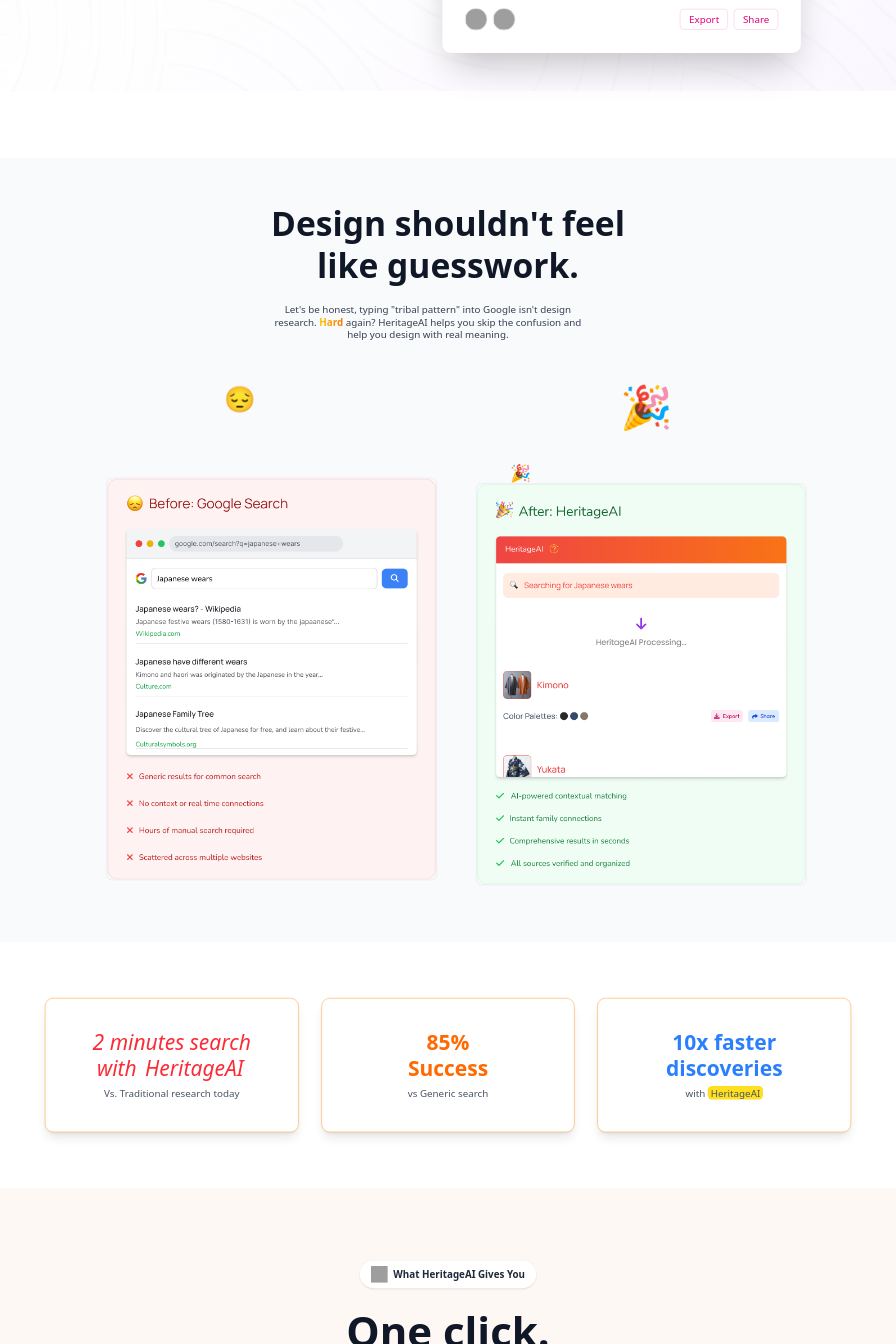
Repository: Em-driod/Heritage
Page: /
The author's editor kept a copy of each file at every save. The page is drawn from the files as they stood at one save, then again after the next save.
The browser window is 1280 px wide. The pictures show the part of the page from y = 762 to 2682 px (the page is 5766 px tall), at 70% of full size.
Pictures or frames that could not be fetched are drawn as grey boxes. The project was rebuilt for these pictures with package versions that can differ from the ones it lists, and the page was loaded fresh each time. Also part of the build but not shown: vite.config.ts.

Above is the page before, as saved 2025-07-09 11:59:34.

### src/App.tsx
// src/App.tsx
import React from 'react';
import { BrowserRouter as Router, Route, Routes } from 'react-router-dom';
import Home from './pages/House';
import Navbar from './components/Navbar';



const App: React.FC = () => {
  return (
    <Router>
      <div>
       <Navbar />

        <Routes>
          <Route path="/" element={<Home />} />


        </Routes>
      </div>
    </Router>
  );
};

export default App;

### src/pages/House.tsx
import Hero from "../components/Hero"
import Landsecont from "../components/landsecont"
import Landthird from "../components/landthird"
import Landfourth from "../components/landfourth"
import Landfifth from "../components/landfifth"

const Home = () => {
  return (
    <div>
      <Hero />
      <Landsecont />
      <Landthird />
     <Landfourth />
     <Landfifth />
    </div>
  )
}

export default Home

### src/components/Navbar.tsx


const Navbar = () => {
  return (
    <div className="flex items-center justify-between py-4 px-28 border-b border-gray-200">
      <div className="flex items-center space-x-4">
        {/* Using standard <img> tag */}
        <div className="relative w-24 h-8"> {/* You might need to adjust these dimensions or add more specific CSS for proper sizing */}
          <img
            src="/HeritageAI_logo.png" // Path to your image in the public folder
            alt="HeritageAI Logo"
            className="w-full h-full object-contain" // Tailwind classes for object-fit and full width/height
          />
        </div>

      </div>
       <nav className="hidden md:flex space-x-6">
          {/* Using standard <a> tags */}
          <a href="/culture" className="text-gray-700 hover:text-gray-900">Culture</a>
          <a href="/gallery" className="text-gray-700 hover:text-gray-900">Gallery</a>
          <a href="/about" className="text-gray-700 hover:text-gray-900">About</a>
        </nav>
      <div className="relative flex items-center">
        <input
          type="text"
          placeholder="Yoruba culture"
          className="pl-10 pr-4 py-2 border border-gray-300 rounded-md focus:outline-none focus:ring-2 focus:ring-blue-500 focus:border-transparent"
        />
        <svg
          className="absolute left-3 top-1/2 transform -translate-y-1/2 w-5 h-5 text-gray-400"
          fill="none"
          stroke="currentColor"
          viewBox="0 0 24 24"
          xmlns="http://www.w3.org/2000/svg"
        >
          <path
            strokeLinecap="round"
            strokeLinejoin="round"
            strokeWidth="2"
            d="M21 21l-6-6m2-5a7 7 0 11-14 0 7 7 0 0114 0z"
          ></path>
        </svg>
      </div>
    </div>
  );
};

export default Navbar;

### src/components/Hero.tsx
// ...imports and interface (unchanged)
import React, { useState, useEffect } from 'react';

interface Asset {
  src: string;
  label: string;
}

const Hero: React.FC = () => {
  const [selectedCulture, setSelectedCulture] = useState<string>('Yoruba');
  const [isLoading, setIsLoading] = useState<boolean>(false);
  const [generatedAssets, setGeneratedAssets] = useState<Asset[]>([]);
  const [showAmalaSpecificLoading, setShowAmalaSpecificLoading] = useState<boolean>(false);

  const fetchGeneratedAssets = (cultureParam: string) => {
    setIsLoading(true);
    setShowAmalaSpecificLoading(false);

    setTimeout(() => {
      let assetsData: Asset[] = [];
      if (cultureParam === 'Yoruba') {
        assetsData = [
          { src: "/obatala.png", label: "Obatala" },
          { src: "/amala.png", label: "Amala" },
          { src: "/osun.png", label: "Oshun" },
        ];
      } else if (cultureParam === 'Igbo') {
        assetsData = [
          { src: "/path-to-igbo-asset1.jpg", label: "Odinani" },
          { src: "/path-to-igbo-asset2.jpg", label: "Agbogho Mmuo" },
          { src: "/path-to-igbo-asset3.jpg", label: "Igbo Ukwu" },
        ];
      } else if (cultureParam === 'Japanese') {
        assetsData = [
          { src: "/path-to-japanese-asset1.jpg", label: "Geisha" },
          { src: "/path-to-japanese-asset2.jpg", label: "Samurai" },
          { src: "/path-to-japanese-asset3.jpg", label: "Sakura" },
        ];
      }
      setGeneratedAssets(assetsData);
      setIsLoading(false);

      if (cultureParam === 'Yoruba') {
        setShowAmalaSpecificLoading(true);
        setTimeout(() => setShowAmalaSpecificLoading(false), 5000);
      }
    }, 1500);
  };

  useEffect(() => {
    fetchGeneratedAssets(selectedCulture);
  }, [selectedCulture]);

  const handleCultureSelect = (cultureName: string) => {
    setSelectedCulture(cultureName);
  };

  const SkeletonLoader: React.FC = () => (
    <div className="space-y-4">
      {[1, 2, 3].map((_, index) => (
        <div key={index} className="flex items-center justify-between animate-pulse">
          <div className="flex items-center space-x-3">
            <div className="w-12 h-12 rounded-lg bg-gray-200"></div>
            <div className="h-4 bg-gray-200 rounded w-24"></div>
          </div>
          <div className="flex space-x-2">
            <div className="h-8 bg-gray-200 rounded w-16"></div>
            <div className="h-8 bg-gray-200 rounded w-16"></div>
          </div>
        </div>
      ))}
    </div>
  );

  const AmalaSpecificLoader: React.FC = () => (
    <div className="flex flex-col justify-center bg-gray-50 p-4 rounded-lg border border-gray-200 text-sm text-gray-800 space-y-4">
      <p><span className="font-semibold text-red-500">Symbol:</span> Symbolic of earthiness, heritage, and resilience.</p>
      <p><span className="font-semibold text-red-500">Color:</span> Dark Brown/Charcoal</p>
      <p><span className="font-semibold text-red-500">Made From:</span> Elubo (yam flour), sometimes cassava flour or plantain.</p>
      <p><span className="font-semibold text-red-500">Regions Known For It:</span> Deeply rooted in Oyo, Osun, Ibadan.</p>
      <p><span className="font-semibold text-red-500">Enjoyed With:</span> Ewedu, gbegiri, and obe ata.</p>
      <p className="italic text-gray-600">Sometimes called the “Yoruba national combo.”</p>
    </div>
  );

  return (
    <div className="py-4 sm:py-8 md:py-12 lg:py-24">
      <div
        className="relative flex justify-center items-center min-h-screen text-center "
        style={{
          backgroundImage: "url('/cfd.png')",
          backgroundSize: "cover",
          backgroundPosition: "center",
          backgroundRepeat: "no-repeat",
        }}
      >
        <div className="absolute inset-0 bg-gradient-to-br from-gray-50 via-white to-purple-50 opacity-80 z-0" />

        <div className="relative z-10 container mx-auto flex flex-col lg:flex-row items-center lg:items-start justify-center gap-8 lg:gap-12 max-w-7xl">
          {/* Left Section */}
          <div className="flex flex-col items-center mt-6 lg:items-start text-center lg:text-left max-w-full lg:max-w-xl px-4 sm:px-0">
            <h1 className="text-4xl md:text-4xl lg:text-5xl font-medium leading-tight text-gray-900 mb-8">
              Ancient Stories.<br />Modern Design.
            </h1>
            <p className="text-4xl md:text-4xl lg:text-5xl font-serif italic text-gray-900 mb-8">Instantly.</p>
            <p className="text-base sm:text-lg text-gray-700 mb-10 max-w-md">
              Bring ancient patterns, bold colors, and deep meaning into every pixel automatically.
            </p>
            <button className="flex items-center px-6 py-3 sm:px-8 sm:py-4 bg-gradient-to-r from-red-500 to-orange-500 text-white font-semibold rounded-lg shadow-lg hover:shadow-xl transition duration-300 transform hover:scale-105">
              <svg className="w-5 h-5 mr-2" fill="currentColor" viewBox="0 0 20 20">
                <path fillRule="evenodd" d="M10 18a8 8 0 100-16 8 8 0 000 16zM9.555 7.168A1 1 0 008 8v4a1 1 0 001.555.832l3-2a1 1 0 000-1.664l-3-2z" clipRule="evenodd" />
              </svg>
              Try Beta Free
            </button>
          </div>

          {/* Right Section Card + Aura */}
          <div className="relative w-full max-w-md lg:max-w-lg  lg:mt-0">
            {/* Glow effects behind the card */}
            <div className="absolute right-0 top-1/2 -translate-y-1/2 w-60 h-60 bg-purple-800 opacity- blur-2xl rounded-full z-[-1]" />
            <div className="absolute top-0 left-1/2 -translate-x-1/2 w-40 h-40 bg-green-400 opacity-30 blur-xl rounded-full z-[-1]" />
            <div className="absolute left-0 bottom-20 w-40 h-40 bg-yellow-400 opacity-40 blur-xl rounded-full z-[-1]" />

            {/* Actual Card */}
            <div className="bg-white rounded-xl shadow-2xl p-0 sm:p-8">
              <h2 className="text-lg sm:text-xl font-semibold text-gray-800 mb-6">Select Culture</h2>
              <div className="grid grid-cols-2 sm:grid-cols-3 gap-3 mb-8">
                {/* Culture Buttons */}
                {['Yoruba', 'Igbo', 'Japanese'].map((culture) => (
                  <button
                    key={culture}
                    className={`relative flex items-center justify-center p-3 rounded-md text-sm font-medium text-white h-20 overflow-hidden ${selectedCulture === culture ? 'ring-2 ring-purple-500 ring-offset-2' : ''}`}
                    onClick={() => handleCultureSelect(culture)}
                  >
                    <img src={`/${culture.toLowerCase()}.png`} alt={`${culture} Culture`} className="absolute inset-0 w-full h-full object-cover" />
                    <div className="absolute inset-0 bg-opacity-40 flex items-center justify-center"></div>
                  </button>
                ))}
              </div>

              <div className="flex flex-col items-center mb-6">
                <svg className="w-6 h-6 text-purple-600 mb-2" fill="none" stroke="currentColor" viewBox="0 0 24 24">
                  <path strokeLinecap="round" strokeLinejoin="round" strokeWidth="2" d="M19 14l-7 7m0 0l-7-7m7 7V3" />
                </svg>
              </div>

              <h2 className="text-lg sm:text-xl font-semibold text-gray-800 mb-4">Generated Assets</h2>
              {isLoading ? (
                <SkeletonLoader />
              ) : (
                <div className="space-y-4 mb-8">
                  {generatedAssets.map((asset) => (
                    <React.Fragment key={asset.label}>
                      <div className="flex items-center justify-between">
                        <div className="flex items-center space-x-3">
                          <img src={asset.src} alt={asset.label} className="w-12 h-12 rounded-lg object-cover" />
                          <span className="text-gray-800 font-medium">{asset.label}</span>
                        </div>
                        <div className="flex flex-col sm:flex-row space-y-2 sm:space-y-0 sm:space-x-2 text-sm">
                          <button className="px-3 py-1 border border-pink-200 text-pink-600 rounded-md hover:bg-pink-50">Export</button>
                          <button className="px-3 py-1 border border-pink-200 text-pink-600 rounded-md hover:bg-pink-50">Share</button>
                        </div>
                      </div>
                      {asset.label === 'Amala' && selectedCulture === 'Yoruba' && showAmalaSpecificLoading && (
                        <AmalaSpecificLoader />
                      )}
                    </React.Fragment>
                  ))}
                </div>
              )}

              <h2 className="text-lg sm:text-xl font-semibold text-gray-800 mb-4">Color Palette</h2>
              <div className="flex flex-col sm:flex-row items-center justify-between space-y-4 sm:space-y-0">
                <div className="flex space-x-2">
                  <button className="w-8 h-8 rounded-full border border-gray-300 bg-cover bg-center" style={{ backgroundImage: "url('/path-to-yellow-palette-image.png')" }} />
                  <button className="w-8 h-8 rounded-full border border-gray-300 bg-cover bg-center" style={{ backgroundImage: "url('/path-to-dark-palette-image.png')" }} />
                </div>
                <div className="flex space-x-2 text-sm">
                  <button className="px-3 py-1 border border-pink-200 text-pink-600 rounded-md hover:bg-pink-50">Export</button>
                  <button className="px-3 py-1 border border-pink-200 text-pink-600 rounded-md hover:bg-pink-50">Share</button>
                </div>
              </div>
            </div>
          </div>
          {/* End of Right Section */}
        </div>
      </div>
    </div>
  );
};

export default Hero;

### src/components/landsecont.tsx
const Landsecont = () => {
  return (
    <div className="flex flex-col items-center justify-center min-h-screen bg-gray-50 py-16 px-4 sm:px-6 lg:px-8">
      {/* Top Section: Main Heading and Subheading */}
      <div className="text-center mb-16 max-w-4xl mx-auto">
        <h1 className="text-4xl sm:text-5xl lg:text-5xl font-bold text-gray-900 leading-tight">
          Design shouldn't feel
          <br />
          like guesswork.
        </h1>
        <p className="mt-6 text-sm sm:text-sm w-112 text-gray-700 leading-tight">
          Let's be honest, typing "tribal pattern" into Google
          isn't design research.
          <span className="font-bold bg-gradient-to-r from-yellow-400 to-orange-500 text-transparent bg-clip-text"> Hard </span>
          again? HeritageAI helps you skip the
          confusion and help you design with real meaning.
        </p>
      </div>

      {/* Middle Section: Emojis */}
      <div className="flex justify-between w-full max-w-5xl px-8 mb-12">
        <span role="img" aria-label="sad face" className="text-4xl  translate-x-40">
          😔
        </span>
        <span role="img" aria-label="party popper" className="text-6xl -translate-x-40">
          🎉
        </span>
      </div>

      {/* Bottom Section: Before & After Cards */}
      <div className="flex flex-col lg:flex-row justify-center items-stretch gap-8 w-full max-w-5xl">
        {/* Left Column: Before Google Search */}
        <div className="  flex-1  p-6 flex flex-col">

          <img
            src="/afre.png"
            alt="Google Search Screenshot"
            className="rounded-lg border border-gray-200 w-full object-cover"
          />
        </div>

        {/* Right Column: After HeritageAI */}
            <div className="  flex-1    flex flex-col">
                <span role="img" aria-label="party popper" className="text-2xl translate-x-12">
          🎉
        </span>

          <img
            src="/reaf.png"
            alt="Google Search Screenshot"
            className="rounded-lg border border-gray-200 w-full object-cover"
          />
        </div>
      </div>
    </div>
  );
};

export default Landsecont;

### src/components/landthird.tsx


const Landthird = () => {
  return (
    <div className="flex justify-center items-center py-20 px-4 sm:px-6 lg:px-8 bg-white">
      <div className="flex flex-col lg:flex-row items-center justify-center gap-8 w-full max-w-6xl">

        {/* Card 1: 2 minutes search */}
        <div className="flex-1 bg-white border border-orange-300 rounded-xl shadow-lg p-6 text-center h-48 flex flex-col justify-center transition-transform duration-300 hover:scale-105">
          <p className="text-3xl italic  text-red-500 mb-2">
            2 minutes search
            <br />
            with <span className=" px-1 rounded-md">HeritageAI</span>
          </p>
          <p className="text-sm text-gray-600">
            Vs. Traditional research today
          </p>
        </div>

        {/* Card 2: 85% Success */}
        <div className="flex-1 bg-white border border-orange-300 rounded-xl shadow-lg p-6 text-center h-48 flex flex-col justify-center transition-transform duration-300 hover:scale-105">
          <p className="text-3xl font-bold text-orange-500 mb-2">
            85%
            <br />
            Success
          </p>
          <p className="text-sm text-gray-600">
            vs Generic search
          </p>
        </div>

        {/* Card 3: 10x faster discoveries */}
        <div className="flex-1 bg-white border border-orange-300 rounded-xl shadow-lg p-6 text-center h-48 flex flex-col justify-center transition-transform duration-300 hover:scale-105">
          <p className="text-3xl font-bold text-blue-500 mb-2">
            10x faster
            <br />
            discoveries
          </p>
          <p className="text-sm text-gray-600">
            with <span className="bg-yellow-300 px-1 rounded-md">HeritageAI</span>
          </p>
        </div>

      </div>
    </div>
  );
};

export default Landthird;

### src/components/landfourth.tsx


const Landfourth = () => {
  return (
    <div className="bg-[#fef8f5] min-h-screen flex flex-col items-center justify-center py-20 px-4 sm:px-6 lg:px-8">
      {/* Top Section: What HeritageAI Gives You */}
      <div className="text-center mb-16">
        <div className="inline-flex items-center bg-white rounded-full py-2 px-4 shadow-sm mb-6">
          <img
            src="/path-to-heritageai-icon.png" // Placeholder, replace with your actual icon path
            alt="HeritageAI Icon"
            className="w-6 h-6 mr-2"
          />
          <span className="text-sm font-semibold text-gray-800">What HeritageAI Gives You</span>
        </div>
        <h1 className="text-5xl sm:text-6xl font-bold text-gray-900 leading-tight">
          One click.
          <br />
          Infinite heritage.
        </h1>
      </div>

      {/* Cards Section */}
      <div className="grid grid-cols-1 md:grid-cols-2 lg:grid-cols-4 gap-8 max-w-6xl w-full">

        {/* Card 1: Design kits */}
        <div className="bg-white rounded-2xl shadow-lg p-6 flex flex-col items-start text-left">
          <img
            src="/path-to-design-kits-icon.png" // Placeholder, replace with your actual icon path
            alt="Design kits icon"
            className="w-12 h-12 mb-4"
          />
          <h3 className="text-xl font-semibold text-gray-900 mb-2">Design kits</h3>
          <p className="text-gray-600 text-sm mb-4">
            Ready to use palettes, icons
            <br />
            textures
          </p>
          <div className="flex space-x-2 mt-auto">
            <div className="w-8 h-8 rounded-full bg-pink-500 border-2 border-white shadow"></div>
            <div className="w-8 h-8 rounded-full bg-cyan-500 border-2 border-white shadow"></div>
            <div className="w-8 h-8 rounded-full bg-purple-500 border-2 border-white shadow"></div>
          </div>
        </div>

        {/* Card 2: Cultural Context */}
        <div className="bg-white rounded-2xl shadow-lg p-6 flex flex-col items-start text-left">
          <img
            src="/path-to-cultural-context-icon.png" // Placeholder, replace with your actual icon path
            alt="Cultural Context icon"
            className="w-12 h-12 mb-4"
          />
          <h3 className="text-xl font-semibold text-gray-900 mb-2">Cultural Context</h3>
          <p className="text-gray-600 text-sm mb-4">
            Every visual comes with a short
            <br />
            short or symbol meaning
          </p>
          <div className="flex items-center text-gray-700 font-medium mt-auto">
            <svg className="w-5 h-5 mr-2 text-gray-500" fill="currentColor" viewBox="0 0 20 20" xmlns="http://www.w3.org/2000/svg">
              <path fillRule="evenodd" d="M4 4a2 2 0 012-2h4.586A2 2 0 0112 2.414L14.586 5A2 2 0 0115 6.414V16a2 2 0 01-2 2H6a2 2 0 01-2-2V4zm2 6a1 1 0 011-1h6a1 1 0 110 2H7a1 1 0 01-1-1zm1 3a1 1 0 100 2h6a1 1 0 100-2H7z" clipRule="evenodd"></path>
            </svg>
            Rich storytelling
          </div>
        </div>

        {/* Card 3: Export Ready */}
        <div className="bg-white rounded-2xl shadow-lg p-6 flex flex-col items-start text-left">
          <img
            src="/path-to-export-ready-icon.png" // Placeholder, replace with your actual icon path
            alt="Export Ready icon"
            className="w-12 h-12 mb-4"
          />
          <h3 className="text-xl font-semibold text-gray-900 mb-2">Export Ready</h3>
          <p className="text-gray-600 text-sm mb-4">
            Use in Figma, Canva, Webflow,
            <br />
            or even download
          </p>
          <div className="flex space-x-2 mt-auto">
            <img src="/path-to-figma-icon.png" alt="Figma icon" className="w-8 h-8" /> {/* Placeholder */}
            <img src="/path-to-canva-icon.png" alt="Canva icon" className="w-8 h-8" /> {/* Placeholder */}
            <img src="/path-to-webflow-icon.png" alt="Webflow icon" className="w-8 h-8" /> {/* Placeholder */}
          </div>
        </div>

        {/* Card 4: More Than Visuals */}
        <div className="bg-white rounded-2xl shadow-lg p-6 flex flex-col items-start text-left">
          <img
            src="/path-to-more-than-visuals-icon.png" // Placeholder, replace with your actual icon path
            alt="More Than Visuals icon"
            className="w-12 h-12 mb-4"
          />
          <h3 className="text-xl font-semibold text-gray-900 mb-2">More Than Visuals</h3>
          <p className="text-gray-600 text-sm mb-4">
            Build brand identity rooted in
            <br />
            something real.
          </p>
          <div className="flex items-center text-gray-700 font-medium mt-auto">
            <svg className="w-5 h-5 mr-2 text-gray-500" fill="currentColor" viewBox="0 0 20 20" xmlns="http://www.w3.org/2000/svg">
              <path fillRule="evenodd" d="M10 18a8 8 0 100-16 8 8 0 000 16zm3.707-9.293a1 1 0 00-1.414-1.414L9 10.586 7.707 9.293a1 1 0 00-1.414 1.414l2 2a1 1 0 001.414 0l4-4z" clipRule="evenodd"></path>
            </svg>
            Authentic foundations
          </div>
        </div>

      </div>
    </div>
  );
};

export default Landfourth;

Loaded but not shown: index.html (common file); src/main.tsx (common file); src/index.css (common file); src/components/landfifth.tsx (203 lines, source omitted)

After the next save:
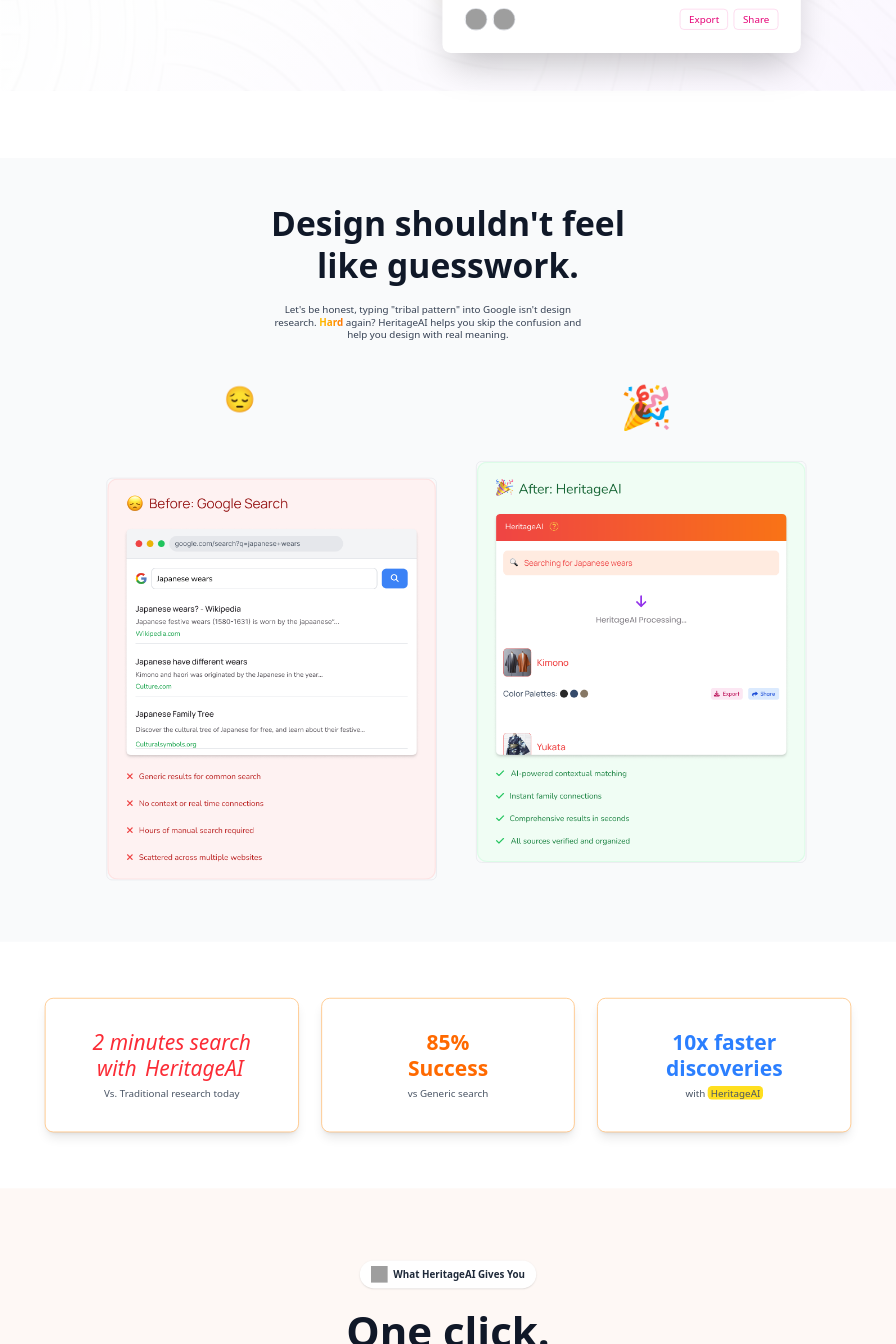
Saved 18 s later.
--- a/src/components/landsecont.tsx
+++ b/src/components/landsecont.tsx
@@ -41,9 +41,6 @@
 
         {/* Right Column: After HeritageAI */}
             <div className="  flex-1    flex flex-col">
-                <span role="img" aria-label="party popper" className="text-2xl translate-x-12">
-          🎉
-        </span>
 
           <img
             src="/reaf.png"
